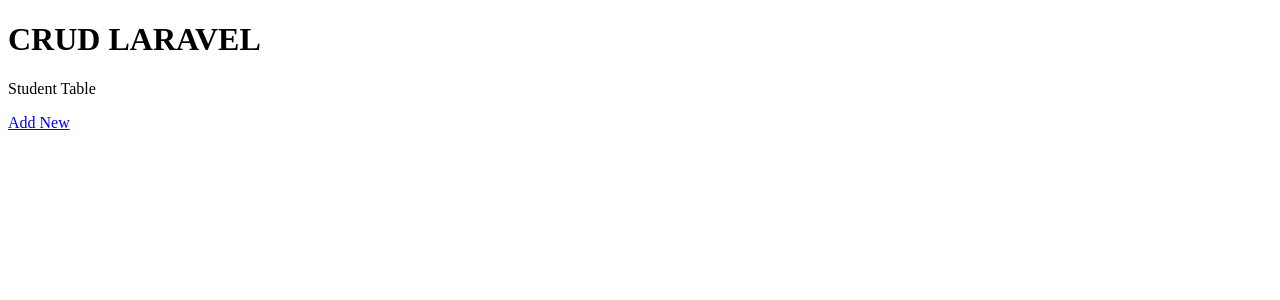
Repository: Abdaljawad-Aya/Laravel-CRUD
Page: http://localhost/laravel-crud
An editor plug-in stored every save of this project. The page is shown before and after the next save, followed by the edit.
The browser window is 1280 px wide. The pictures show the whole page.
The page is served by the project's Laravel application, run on PHP 8.4 with Laravel 8. Other server files are loaded and not shown. Queries for data that is not in the repository find no rows.

Above is the page before, as saved 2021-02-28 18:30:25.

### studentCrud/routes/web.php
<?php

use Illuminate\Support\Facades\Route;

/*
|--------------------------------------------------------------------------
| Web Routes
|--------------------------------------------------------------------------
|
| Here is where you can register web routes for your application. These
| routes are loaded by the RouteServiceProvider within a group which
| contains the "web" middleware group. Now create something great!
|
*/

Route::get('/', function () {
    return view('welcome');
});

// Route with Resource Controller
Route::resource('laravel-crud', 'CRUDController');

### studentCrud/app/Http/Controllers/CRUDController.php
<?php

namespace App\Http\Controllers;

use App\Student;
use Illuminate\Http\Request;

class CRUDController extends Controller
{
    /**
     * Display a listing of the resource.
     *
     * @return \Illuminate\Http\Response
     */
    public function index()
    {
        $students = Student::paginate(10);
        return view('crud.index', compact('students'));
    }

    /**
     * Show the form for creating a new resource.
     *
     * @return \Illuminate\Http\Response
     */
    public function create()
    {
        return view('crud.create');
    }

    /**
     * Store a newly created resource in storage.
     *
     * @param  \Illuminate\Http\Request  $request
     * @return \Illuminate\Http\Response
     */
    public function store(Request $request)
    {
        //Validate the Field
        $this->validate($request, [
            'name'  => 'required',
            'phone' => 'required',
        ]);

        $student = new Student();
        $student->name  = $request->name;
        $student->phone = $request->phone;
        $student->save();
        return redirect()->route('laravel-simple-crud.index')->with('message', 'New Student Created Successfull !');
    }

    /**
     * Display the specified resource.
     *
     * @param  int  $id
     * @return \Illuminate\Http\Response
     */
    public function show($id)
    {
        $student = Student::find($id);
        return view('crud.read', compact('student'));
    }

    /**
     * Show the form for editing the specified resource.
     *
     * @param  int  $id
     * @return \Illuminate\Http\Response
     */
    public function edit($id)
    {
        $student = Student::find($id);
        return view('crud.edit', compact('student'));
    }

    /**
     * Update the specified resource in storage.
     *
     * @param  \Illuminate\Http\Request  $request
     * @param  int  $id
     * @return \Illuminate\Http\Response
     */
    public function update(Request $request, $id)
    {
        $student = Student::find($id);
        return view('crud.update', compact('student'));

        // Validate the feild
        $this->validate($request, [
            'name'  => 'required',
            'phone' => 'required',
        ]);
        $student = Student::find($id);
        $student->name = $request->name;
        $student->phone = $request->phone;
        $student->save();
        return redirect()->route('laravel-crud.index')->with('message', 'Student Updated Successfull !');
    }

    /**
     * Remove the specified resource from storage.
     *
     * @param  int  $id
     * @return \Illuminate\Http\Response
     */
    public function destroy($id)
    {
        $student  = Student::find($id)->delete();
        return back()->with('message', 'Student Deleted Successfully !');
    }
}

### studentCrud/resources/views/crud/index.blade.php
@extends('crud.main')
@section('main-content')

<div class="container">
    <div class="jumbotron">
        <h1>CRUD LARAVEL</h1>
        <p>Student Table</p>
    </div>

    @if (Session::has('message'))
        <p class="alert alert-success">{{Session::get('message')}}</p>
    @endif
    <div class="panel panel-primary">
        <div class="panel-heading">
            <a href="{{route('laravel-crud.create')}}" data-toggle="modal" data-target="#addModal" class="btn btn-default btn-sm"><i class="glyphicon glyphicon-plus"></i>Add New</a>
        </div>
        <div class="panel-body">
            <table class="table table-hover table-bordered table-stripped"></table>
        </div>
    </div>
</div>

@endsection

### studentCrud/resources/views/crud/main.blade.php
<!doctype html>
<html lang="en">
  <head>
    <!-- Required meta tags -->
    <meta charset="utf-8">
    <meta name="viewport" content="width=device-width, initial-scale=1, shrink-to-fit=no">

    <!-- Bootstrap CSS -->
    <link rel="stylesheet" href="{{ asset('assets/css/bootstrap.css') }}">

    <title>Laravel CRUD</title>
  </head>
  <body>


    @section('main-content')


    @show

    <!-- Optional JavaScript -->
    <!-- jQuery first, then Popper.js, then Bootstrap JS -->
    <script type="text/javascript" src="{{ asset('assets/js/bootstrap.min.js') }}"></script>
  </body>
</html>

Loaded but not shown: studentCrud/app/Http/Controllers/Controller.php (common file); studentCrud/app/Student.php (common file)

After the next save:
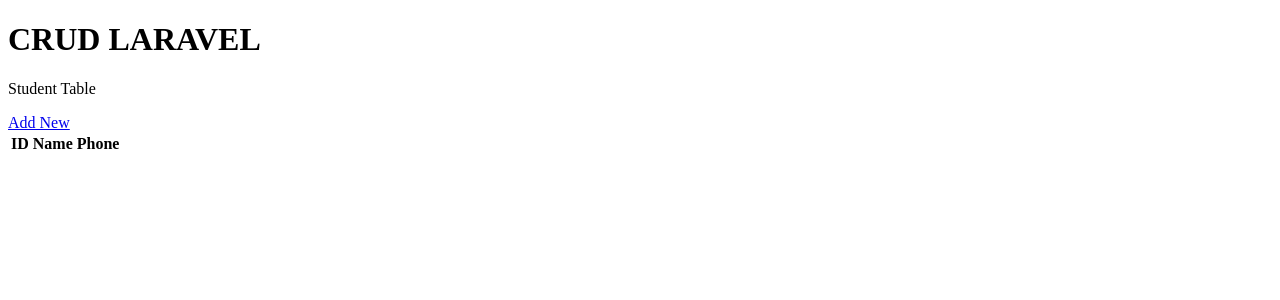
Saved 24 s later.
--- a/studentCrud/resources/views/crud/index.blade.php
+++ b/studentCrud/resources/views/crud/index.blade.php
@@ -15,7 +15,15 @@
             <a href="{{route('laravel-crud.create')}}" data-toggle="modal" data-target="#addModal" class="btn btn-default btn-sm"><i class="glyphicon glyphicon-plus"></i>Add New</a>
         </div>
         <div class="panel-body">
-            <table class="table table-hover table-bordered table-stripped"></table>
+            <table class="table table-hover table-bordered table-stripped">
+                <thead>
+                    <tr>
+                        <th>ID</th>
+                        <th>Name</th>
+                        <th>Phone</th>
+                    </tr>
+                </thead>
+            </table>
         </div>
     </div>
 </div>
